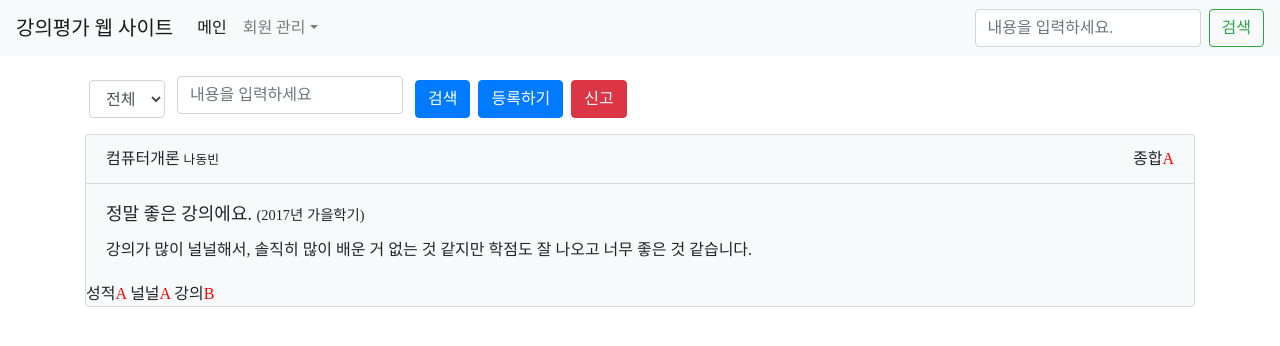
Repository: codelifee/Lecture-Evaluation-Project---java
Page: http://localhost/Lecture_Evaluation/
The author's editor kept a copy of each file at every save. The page is drawn from the files as they stood at one save, then again after the next save.
The browser window is 1280 px wide. The pictures show the whole page.
Some web fonts or font styles are not loaded; a fallback is used. The page is served by Tomcat 9. Other server files are loaded and not shown.

Above is the page before, as saved 2020-08-23 02:34:47.

### Lecture Evaluation/WebContent/index.jsp
<%@ page language="java" contentType="text/html; charset=UTF-8"
    pageEncoding="UTF-8"%>
<!DOCTYPE html>
<html>
<head>
	<meta http-equiv="Content-type" content="text/html" charset="UTF-8">
	<meta name="viewport" content="width=device-width, initial-scale=1, shrink-to-fit=no">
	<title>강의평가 웹 사이트</title>
	<!--부트스트랩 CSS 추가하기-->
	<link rel="stylesheet" href="./css/bootstrap.min.css">
	<!--custom CSS 추가하기-->
	<link rel="stylesheet" href="./css/custom.css">
</head>
<body>
	<nav class="navbar navbar-expand-lg navbar-light bg-light">
		<a class="navbar-brand" href="index.jsp">강의평가 웹 사이트</a>
		<button class="navbar-toggler" type="button" data-toggle="collapse" data-target="#navbar">
			<span class="navbar-toggler-icon"></span>
		</button>
		<div id="navbar" class="collapse navbar-collapse">
			<ul class="navbar-nav mr-auto">
				<li class="nav-item active">
					<a class="nav-link" href="index.jsp">메인</a>
				</li>
				<li class="nav-item dropdown" id="dropdown" data-toggle="dropdown">
					<a class="nav-link dropdown-toggle" id="dropdown" data-toggle="dropdown">회원 관리</a>
					<div class="dropdown-menu" aria-labelledby="dropdown">
						<a class="dropdown-item" href="#">로그인</a>
						<a class="dropdown-item" href="#">회원가입</a>
						<a class="dropdown-item" href="#">로그아웃</a>
					</div>
				</li>
			</ul>
		</div>
			<form class="form-inline my-2 my-lg-0">
				<input class="form-control mr-sm-2" type="search" placeholder="내용을 입력하세요." aria-label="search">
				<button class="btn btn-outline-success my-2 my-sm-0" type="submit">검색</button>
			</form>
	</nav>
	<section class="container">
	 <form method="get" action="./index.jsp" class="form-inline mt-3">
	  <select name="lectureDivide" class="form-control mx-1 mt-2">
	  	<option value="전체">전체</option>
	  	<option value="전공">전공</option>
	  	<option value="교양">교양</option>
	  	<option value="기타">기타</option>
	  </select>
	  <input type="text" name="search" class="form-control mx-1 mx-2" placeholder="내용을 입력하세요">
	  <button type="submit" class="btn btn-primary mx-1 mt-2">검색</button>
	  <a class="btn btn-primary mx-1 mt-2" data-toggle="modal" href="#registerModal">등록하기</a>
	  <a class="btn btn-primary mx-1 mt-2 btn-danger" data-toggle="modal" href="#reportModal">신고</a>
	 </form>
	 <div class="card bg-light mt-3">
		<div class="card-header bg-light">
			<div class="row">
				<div class="col-8 text-left">컴퓨터개론&nbsp;<small>나동빈</small></div>
				<div class="col-4 text-right">
					종합<span style="color: red;">A</span>
				</div>
			</div>
		</div>
		<div class="card-body">
			<h5 class="card-title">
				정말 좋은 강의에요.&nbsp;<small>(2017년 가을학기)</small>
			</h5>
			<p class="card-text">강의가 많이 널널해서, 솔직히 많이 배운 거 없는 것 같지만 학점도 잘 나오고 너무 좋은 것 같습니다.</p>		</div>
			<div class="row">
					<div class="col-9 text-left">
						성적<span style="color: red;">A</span>
						널널<span style="color: red;">A</span>
						강의<span style="color: red;">B</span>
					</div>
			</div>
	</div>
	</section>


	<div class="modal fade" id="registerModal" tabindex="-1" role="dialog" aria-labelledby="modal">
	 	<div class="modal-dialog">
	 		<div class="modal-content">
	 			<div class="modal-header">
	 				<h5 class="modal-title" id="modal">평가 등록</h5>
	 				<button type="button" class="close" data-dismiss="modal" aria-label="Close">
	 					<span aria-hidden="true">&times;</span>
	 				</button>
	 			</div>
	 			<div class="modal-body">
	 				<form action="./evaluationRegisterAction.jsp method="post">
	 					<div class="form-row">
	 						<div class="form-group col-sm-6">
	 							<label>강의명</label>
	 							<input type="text" name="lectureName" class="form-control" maxlength="20">
	 						</div>
	 						<div class="form-group col-sm-6">
	 							<label>교수명</label>
	 							<input type="text" name="professorName" class="form-control" maxlength="20">
	 						</div>
	 					</div>
	 					<div class="form-row">
	 						<div class="form-group col-sm-4">
	 							<label>수강 연도</label>
	 							<select name="lectureYear" class="form-control">
	 								<option value="2011">2011</option>
	 								<option value="2012">2012</option>
	 								<option value="2013">2013</option>
	 								<option value="2014">2014</option>
	 								<option value="2015">2015</option>
	 								<option value="2016">2016</option>
	 								<option value="2017">2017</option>
	 								<option value="2018" selected>2018</option>
	 								<option value="2019">2019</option>
	 								<option value="2020">2020</option>
	 								<option value="2021">2021</option>
	 								<option value="2022">2022</option>
	 								<option value="2023">2023</option>
	 							</select>
	 						</div>
 							<div class="form-group col-sm-4">
 								<label>수강 학기</label>
 								<select name="semesterDivide" class="form-control">
 									<option value="1학기" selected>1학기</option>
 									<option value="여름학기">여름학기</option>
 									<option value="2학기">2학기</option>
 									<option value="겨울학기">겨울학기</option>
 								</select>
 							</div>
 							<div class="form-group col-sm-4">
 								<label>강의 구분</label>
 								<select name="lectureDivde" class="form-control">
 									<option value="전공" selected>전공</option>
 									<option value="교양">교양</option>
 									<option value="기타">기타</option>
 								</select>
 							</div>
 						</div>
	 						<div class="form-group">
	 							<label>제목</label>
	 							<input type="text" name="evaluationTime" class="form-control" maxlength="30">
	 							<label>내용</label>
	 							<textarea name="evaluationContent" class="form-control" maxlength="2048" style="height: 180px;"></textarea>
	 						</div>
	 					<div class="form-row">
	 						<div class="form-group col-sm-3">
	 							<label>종합</label>
	 							<select name="totalScore" class="form-control">
	 								<option value="A" selected>A</option>
	 								<option value="B">B</option>
	 								<option value="C">C</option>
	 								<option value="D">D</option>
	 								<option value="F">F</option>
	 							</select>
	 						</div>
	 						<div class="form-group col-sm-3">
	 							<label>성적</label>
	 							<select name="totalScore" class="form-control">
	 								<option value="A" selected>A</option>
	 								<option value="B">B</option>
	 								<option value="C">C</option>
	 								<option value="D">D</option>
	 								<option value="F">F</option>
	 							</select>
	 						</div>
	 						<div class="form-group col-sm-3">
	 							<label>널널</label>
	 							<select name="comfortableScore" class="form-control">
	 								<option value="A" selected>A</option>
	 								<option value="B">B</option>
	 								<option value="C">C</option>
	 								<option value="D">D</option>
	 								<option value="F">F</option>
	 							</select>
	 						</div>
	 						<div class="form-group col-sm-3">
	 							<label>강의</label>
	 							<select name="comfortableScore" class="form-control">
	 								<option value="A" selected>A</option>
	 								<option value="B">B</option>
	 								<option value="C">C</option>
	 								<option value="D">D</option>
	 								<option value="F">F</option>
	 							</select>
	 						</div>
	 					</div>
	 					<div class="modal-footer">
	 						<button type="button" class="btn btn-secondary" data-dismiss="modal">취소</button>
	 						<button type="submit" class="btn btn-primary">등록하기</button>
	 					</div>
	 				</form>
	 			</div>
	 		</div>
	 	</div>
	</div>
	<div class="modal fade" id="reportModal" tabindex="-1" role="dialog" aria-labelledby="modal">
	 	<div class="modal-dialog">
	 		<div class="modal-content">
	 			<div class="modal-header">
	 				<h5 class="modal-title" id="modal">신고하기</h5>
	 				<button type="button" class="close" data-dismiss="modal" aria-label="Close">
	 					<span aria-hidden="true">&times;</span>
	 				</button>
	 			</div>
	 			<div class="modal-body">
	 				<form action="./reportAction.jsp" method="post">
 						<div class="form-group">
 							<label>신고 제목</label>
 							<input type="text" name="reportTitle" class="form-control" maxlength="30">
 							<label>신고 내용</label>
 							<textarea name="reportContent" class="form-control" maxlength="2048" style="height: 180px;"></textarea>
 						</div>
	 					<div class="modal-footer">
	 						<button type="button" class="btn btn-secondary" data-dismiss="modal">취소</button>
	 						<button type="submit" class="btn btn-danger">신고하기</button>
	 					</div>
	 				</form>
	 			</div>
	 		</div>
	 	</div>
	</div>
	<!-- 제이쿼리 자바스크립트 추가하기 -->
	<script src="./js/jquery.min.js"></script>
	<!-- jqeury 자바스크립트 추가하기 -->
	<script src="./js/bootstrap.min.js"></script>
	<!-- popper 자바스크립트 추가하기 -->
	<script src="./js/popper.js"></script>
</body>
</html>

### Lecture Evaluation/WebContent/css/custom.css
@import url(https://fonts.googleapis.com/earlyaccess/jejugothic.css);
@import url(https://fonts.googleapis.com/earlyaccess/hanna.css);
.navbar-brand, h1, h2, h3, h4 {
	font-family: 'jeju Gothic';
}
h5 {
	font-family: 'jeju Gothic';
	font-size: 18px;
}
body {
	font-family: 'Hanna';
}

Loaded but not shown: Lecture Evaluation/WebContent/css/bootstrap.min.css (library); Lecture Evaluation/WebContent/js/jquery.min.js (library); Lecture Evaluation/WebContent/js/bootstrap.min.js (library); Lecture Evaluation/WebContent/js/popper.js (library)

After the next save:
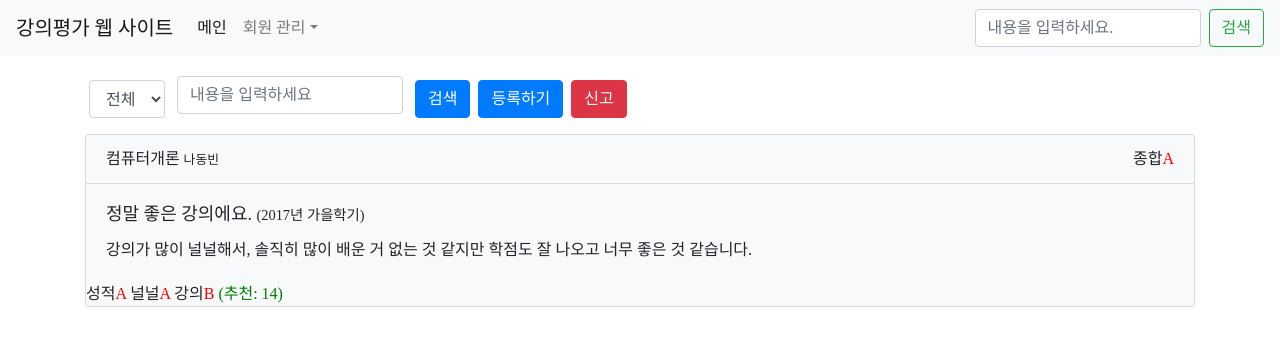
Saved 36 s later.
--- a/Lecture Evaluation/WebContent/index.jsp
+++ b/Lecture Evaluation/WebContent/index.jsp
@@ -69,6 +69,7 @@
 						성적<span style="color: red;">A</span>
 						널널<span style="color: red;">A</span>
 						강의<span style="color: red;">B</span>
+						<span style="color: green;">(추천: 14)</span>
 					</div>
 			</div>
 	</div>
